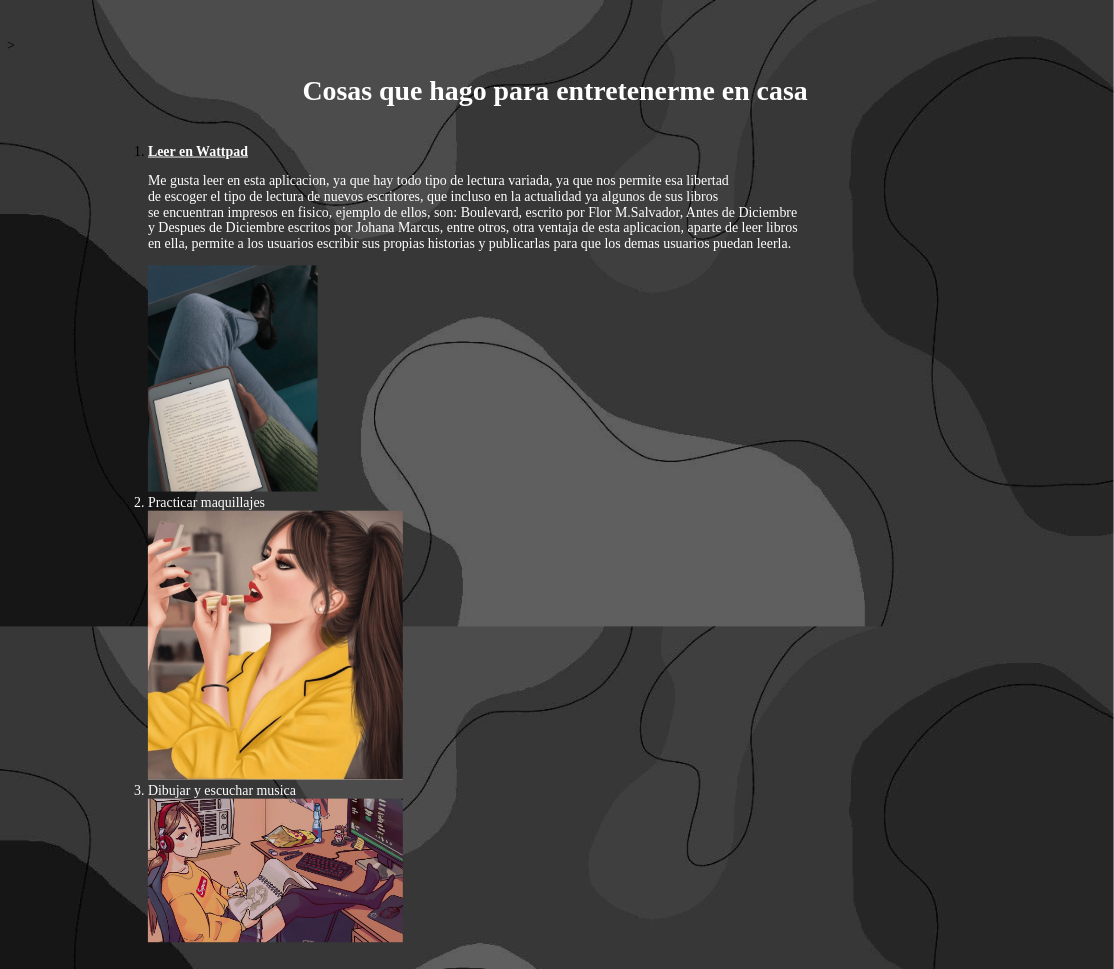
Repository: darlyn-saravia27/portafolio-darlynsaravia
Page: archivoshtml/entretenimiento.html
The author's editor kept a copy of each file at every save. The page is drawn from the files as they stood at one save, then again after the next save.
The browser window is 1280 px wide. The pictures show the whole page, at 87% of full size.

Above is the page before, as saved 2023-03-05 03:55:22.

After the next save:
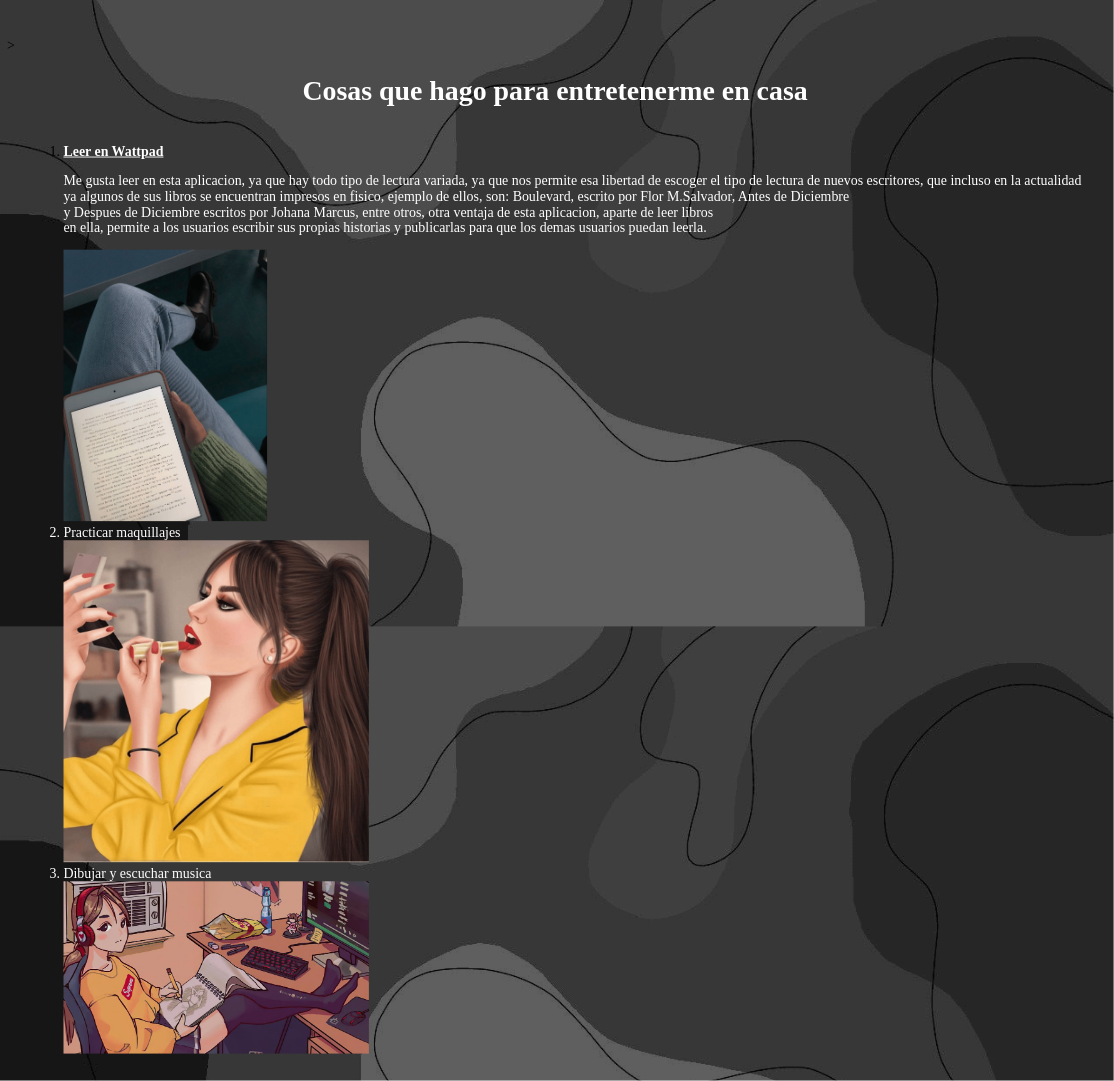
Saved 5 min 15 s later.
--- a/archivoshtml/entretenimiento.html
+++ b/archivoshtml/entretenimiento.html
@@ -18,8 +18,8 @@
         <tr>
             <td>
                 <ol type="1"><li><font color="white"><strong><u>Leer en Wattpad</strong></font></u></li>
-                    <p><font color="white">Me gusta leer en esta aplicacion, ya que hay todo tipo de lectura variada, ya que nos permite esa libertad<br>
-                    de escoger el tipo de lectura de nuevos escritores, que incluso en la actualidad ya algunos de sus libros<br>
+                    <p><font color="white">Me gusta leer en esta aplicacion, ya que hay todo tipo de lectura variada, ya que nos permite esa libertad
+                    de escoger el tipo de lectura de nuevos escritores, que incluso en la actualidad <br>ya algunos de sus libros
                     se encuentran impresos en fisico, ejemplo de ellos, son: Boulevard, escrito por Flor M.Salvador, Antes de Diciembre<br>
                     y Despues de Diciembre escritos por Johana Marcus, entre otros, otra ventaja de esta aplicacion, aparte de leer libros<br>
                     en ella, permite a los usuarios escribir sus propias historias y publicarlas para que los demas usuarios puedan leerla.</p>
